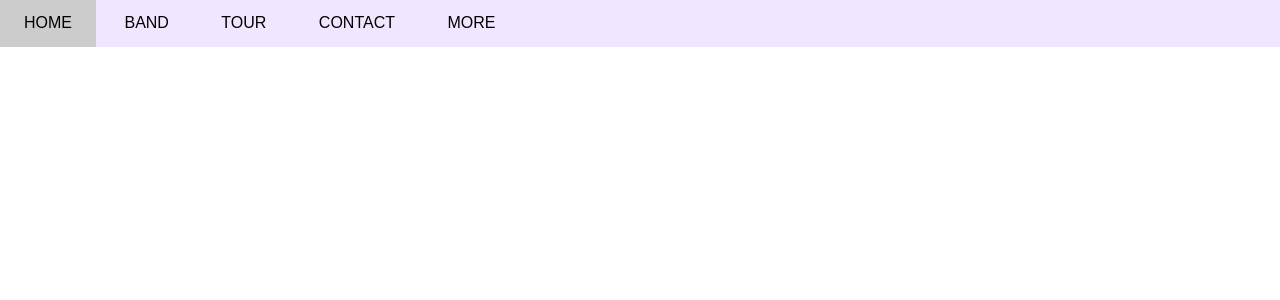
Repository: Ducspdn/WeTheBandF8
Page: w3_band/index.html
The author's editor kept a copy of each file at every save. The page is drawn from the files as they stood at one save, then again after the next save.
The browser window is 1280 px wide. The pictures show the whole page.

Above is the page before, as saved 2023-01-16 22:44:24.

### w3_band/index.html
<html lang="en">
<head>
    <meta charset="UTF-8">
    <meta http-equiv="X-UA-Compatible" content="IE=edge">
    <meta name="viewport" content="width=device-width, initial-scale=1.0">
    <title>Web The Band</title>
    <link rel="stylesheet" href="./assets/css/style.css">
</head>
<body>
    <div id="main">
        <div id="header">
            <ul id="nav">
                <!-- ul#nav>li*5 -->
                <li><a href="">Home</a></li>
                <li><a href="">Band</a></li>
                <li><a href="">Tour</a></li>
                <li><a href="">Contact</a></li>
                <li>
                    <a href="">More</a>
                    <ul class="subnav">
                        <li><a href="">Merchandise</a></li>
                        <li><a href="">Extras</a></li>
                        <li><a href="">Media</a></li>
                    </ul>
                </li>
            </ul>

        </div>

        <div id="slider">

        </div>

        <div id="content">

        </div>

        <div id="footer">

        </div>
    </div>
</body>
</html>

### w3_band/assets/css/style.css
*{
    /* ReSet CSS */
    padding :0 ;
    margin: 0;
    box-sizing: border-box;
    /* thẻ * áp dụng cho tất cả các thẻ luôn */
}
html{
    font-family: Arial, Helvetica, sans-serif ;
    /* 1 và 2 là kiểu chữ đọc từ máy nếu không có 1 và 2 thì chạy sang 3 , 3 chủng form bất kì */
    /* set font chữ cho toàn Website */
    /* chỉ kế thừa thẻ nào có chữ */
}
/* từ ngoài vào trong */
/* từ trên xuống dưới */
/* từ tổng quan đến chi tiết */
/* vị trí */
/* kích thước */
/* màu sắc */
/* kiểu dáng : kiểu chữ , hình tròn , hình vuông .... */
#main {

}
#header {
    /* width :100% ; */
    height: 46.5px;
    background-color: rgba(225, 205, 255, 0.5);
}
#nav , .subnav {
    list-style-type:none;
    /*bỏ dâu . trong list */
}
#nav{

}
#nav >li{
    display : inline-block ;
}
#nav li{
    /* display : inline-block ; */
    /* vì inline nên khong set được thuộc tính */
    position : relative ;
}
#nav > li > a {
    text-transform: uppercase;
    /* viết in hoa */
    color : black ;
}
#nav li a {
    text-decoration: none ;

    line-height: 46.5px;
    padding-top: 0;
    padding-bottom: 0;
    padding-left : 24px;
    padding-right: 24px;
    /* đổi form chữ cần kĩ thuật nhúng , chưa học */
    display: inline-block;
}
#nav li:hover .subnav{
    display: block;
}
#nav li:hover a{
    color: black;
    background-color: rgba(123, 234, 111, 0.5) ;
}
#nav > li:hover > a {
    color : black ;
    background-color: #ccc;
}

#nav .subnav{
    display: none;
    position :absolute ;
    top : 100% ;
    left :0 ;
    background-color: #ccc;
    box-shadow: 0 0 10px rgba(0, 0, 0, 0.5);
    min-height: 160px;
}
#nav .subnav a {
    color: black;
    padding-top:0px;
    padding-bottom : 0px;
    padding-left : 16px ;
    padding-right : 16px ;
    line-height: 30px;
}
#nav .subnav li:hover{
    color : black ;
    background-color: #ccc;
}
#slider {
    /* min-height: 500px;
    background-color: black; */

}
#content {

}

#footer {

}

After the next save:
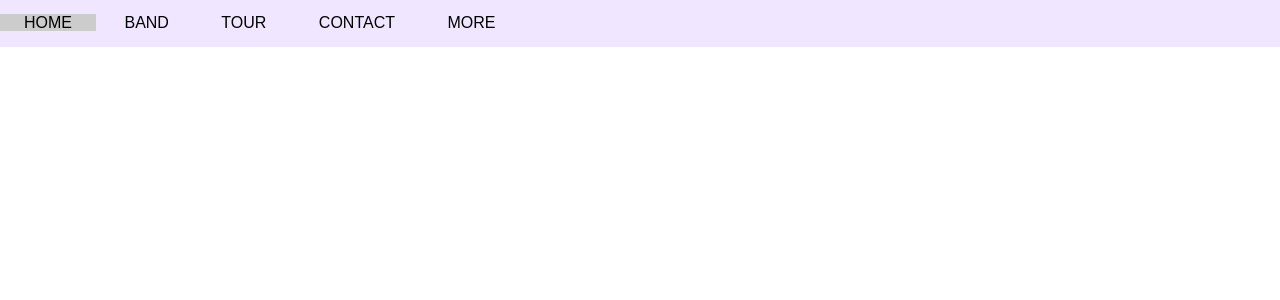
Saved 114 s later.
--- a/w3_band/assets/css/style.css
+++ b/w3_band/assets/css/style.css
@@ -55,7 +55,7 @@
     padding-left : 24px;
     padding-right: 24px;
     /* đổi form chữ cần kĩ thuật nhúng , chưa học */
-    display: inline-block;
+    /* display: inline-block;  */
 }
 #nav li:hover .subnav{
     display: block;

After the save that followed:
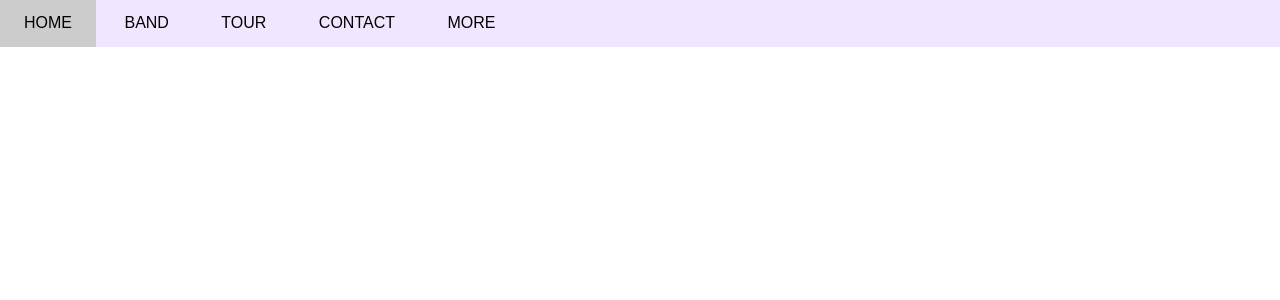
Saved 47 s later.
--- a/w3_band/assets/css/style.css
+++ b/w3_band/assets/css/style.css
@@ -56,6 +56,7 @@
     padding-right: 24px;
     /* đổi form chữ cần kĩ thuật nhúng , chưa học */
     /* display: inline-block;  */
+    display : block ;
 }
 #nav li:hover .subnav{
     display: block;
